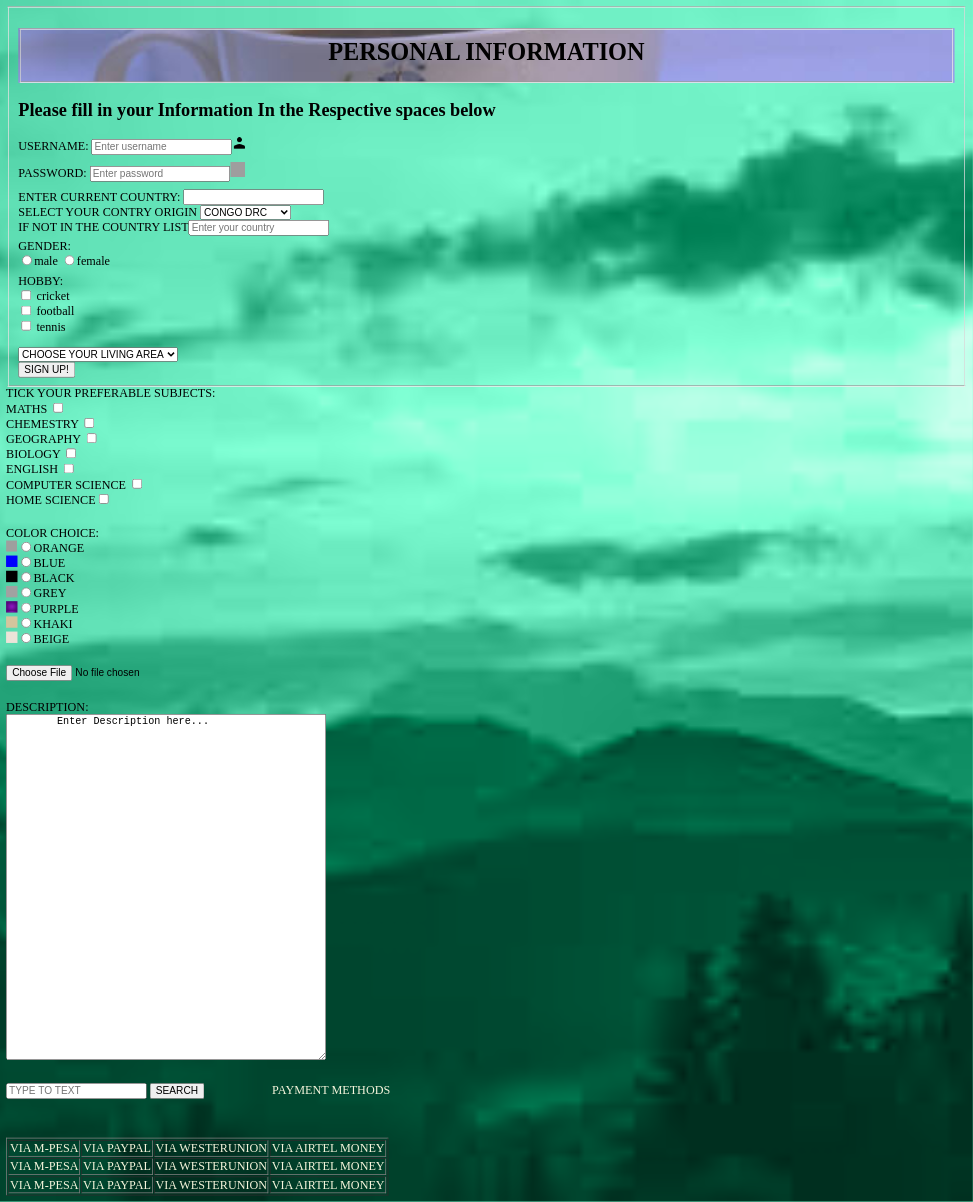
Repository: mirambialex/myform
Page: website/INDEX.HTML
The author's editor kept a copy of each file at every save. The page is drawn from the files as they stood at one save, then again after the next save.
The browser window is 1280 px wide. The pictures show the whole page, at 76% of full size.
Pictures or frames that could not be fetched are drawn as grey boxes.

Above is the page before, as saved 2024-04-18 10:54:25.

### website/INDEX.HTML
<!DOCTYPE html>
<html lang="en">
<head>

    <title>WEBPAGE DESIGN</title>
    <LINK REL="STYLESHEET" HREF="STYLE.CSS">
</head>
<body>
   <FOrm> <FIEldset>
            <DIV class="AI">
                <h1><FIEldset>PERSONAL INFORMATION </FIEldset></h1>
</DIV>
<DIV CLASS="BI"> <H2>
    Please fill in your Information In the Respective spaces below
</H2>
</DIV>
<div class="gb">
 <DIV class="MAIN">USERNAME: <INPUT TYPE="TEXT" placeholder="Enter username"><img width="20" height="20" src="user.jpg"<br/>

 </DIV>
 <DIV class="A"> PASSWORD: <INPUT TYPE="PASSWORD" placeholder="Enter password"><img width="20" height="20" src="https://img.icons8.com/ios-filled/50/lock.png" alt="lock"/> <br/></DIV>
    <DIV class="AB">
        ENTER CURRENT COUNTRY: <INPUT type="text"></INPUT>
    </DIV>
    <DIV CLASS="B">
        SELECT YOUR CONTRY ORIGIN <SELect>
            <OPTIon>CONGO DRC</OPTIon>
            <OPTIon>KENYA</OPTIon>
            <OPTIon>SUDAN</OPTIon>
            <OPTIon>SOUTH SUDAN</OPTIon>
            <OPTIon>RWANDA</OPTIon>
            <OPTIon>BURUNDI</OPTIon>
            <OPTIon>UGANDA</OPTIon>
            <OPTIon>TANZANIA</OPTIon>
            <OPTIon>SOMALIA</OPTIon>

        </SELect> <br/>
    </DIV>
    <div class="wcb">
    IF NOT IN THE COUNTRY LIST<INPUt type="TEXT" placeholder="Enter your country"</INPUt>
    </div>
<div class="d">
<LAbeL for="GENDER">GENDER: </LAbel><BR/>
<INPUT type="radio" ID="GENDER" name="GENDER" VALUE="male"/>male
<INPUT type="radio" ID="GENDER" name="GENDER" VALUE="female"/>female <br/>
</div>
<div class="e">
HOBBY:<br>
<input type="checkbox" id="cricket" name="cricket" value="cricket"/>
<label for="cricket">cricket</label> <br>
<input type="checkbox" id="football" name="football" value="football"/>
<label for="football">football</label> <br>
<input type="checkbox" id="tennis" name="tennis" value="tennis"/>
<label for="tennis">tennis</label> <br>
<br/> </div>
<div class="address">
    <select name="address">
        <option value="one">CHOOSE YOUR LIVING AREA</option>
        <option>kakuma town</option>
        <option>kakuma 1</option>
        <option>kakuma 2</option>
        <option>kakuma 3</option>
        <option>kakuma 4</option>
        <option>kalobeyeyi</option>
    </select>
</div>
<DIV class="C"><BUTTon>SIGN UP!</BUTTon></DIV>
</FIEldset>
</div>
</div>
</DIV>
</FORM>
<FORM>
    <DIV class="FORM"></A>TICK YOUR PREFERABLE SUBJECTS: <BR/>
    MATHS <input TYPE="checkbox" NAME="MATHS" VALUE="ON"><BR/>
    CHEMESTRY <INPUT type="checkbox" NAME="CHEMESTRY" VALUE="ON"><BR/>
        GEOGRAPHY <INPUT type="checkbox" NAME="GEOGRAPHY" value="ON"><BR/>
            BIOLOGY <INPUT type="checkbox" NAME="BIOLOGY" VALUE="ON"><BR/>
                ENGLISH <input type="checkbox" name="ENGLISH" value="ON"><BR/>
                COMPUTER SCIENCE <input TYPE="checkbox" name="COMPUTER SCIENCE" value="ON"><BR/>
                HOME SCIENCE<input type="checkbox" name="HOME SCIENCE" VALUE="ON"></BR></DIV>
                <DIV class="FORM2">
                    <LAbel FOR="COLOR CHOICE">COLOR CHOICE:</LAbel><BR/>
                    <IMG WIDTH="15" HEIGHT="15" SRC="ORAGE.JPG"><INPut type="RADIO" NAME="COLOR" VALUE="ORANGE">ORANGE</INPut><BR/>
                    <IMG WIDTH="15" HEIGHT="15" SRC="BLUE.JPG"><INPut type="RADIO" NAME="COLOR" VALUE="BLUE">BLUE</INPut><BR/>
                    <IMG WIDTH="15" HEIGHT="15" SRC="BLACK.JPG"><INPut type="RADIO" NAME="COLOR" VALUE="BLACK">BLACK</INPut><BR/>
                    <IMG WIDTH="15" HEIGHT="15" SRC="GREY.JPG"><INPut type="RADIO" NAME="COLOR" VALUE="GREY">GREY</INPut><BR/>
                    <IMG WIDTH="15" HEIGHT="15" SRC="PURPLE.JPG"><INPut type="RADIO" NAME="COLOR" VALUE="PURPLE">PURPLE</INPut><BR/>
                    <IMG WIDTH="15" HEIGHT="15" SRC="KHAKI.JPG"><INPut type="RADIO" NAME="COLOR" VALUE="KHAKI">KHAKI</INPut><BR/>
                    <IMG WIDTH="15" HEIGHT="15" SRC="BEIGE.JPG"><INPut type="RADIO" NAME="COLOR" VALUE="BEIGE">BEIGE</INPut><BR/>
                </DIV>
                <DIV class="FILE"><INPUT TYPE="FILE" NAME="FILEUPLOAD" accept="IMAGE/*" /></DIV>
                <DIV class="FORM1">
    DESCRIPTION: <br/>
    <textarea name="Description" cols="50" rows="30">
        Enter Description here...
    </textarea>
</DIV>
 <DIV class="SEARCH">
    <INPUT type="search" NAME="" placeholder="TYPE TO TEXT">
        <A href="#"><BUtton class="BTN">SEARCH</BUtton></A>
 </DIV>
<DIV class="TABLE1">
    <TABle border="1">PAYMENT METHODS<BR/>
    <TR><BR/>
    <TD>VIA M-PESA</TD>
    <TD>VIA PAYPAL</TD>
    <TD>VIA WESTERUNION</TD>
    <TD>VIA AIRTEL MONEY</TD>
</TR>
<TR><BR/>
    <TD>VIA M-PESA</TD>
    <TD>VIA PAYPAL</TD>
    <TD>VIA WESTERUNION</TD>
    <TD>VIA AIRTEL MONEY</TD>
</TR>
<TR><BR/>
    <TD>VIA M-PESA</TD>
    <TD>VIA PAYPAL</TD>
    <TD>VIA WESTERUNION</TD>
    <TD>VIA AIRTEL MONEY</TD>
</TR>
</TABle>
</DIV>

</FORM>
 </body>
</html>

### website/STYLE.CSS
BODY{
    background-image: url(IMAGE.JPG);
    background-color: aquamarine;
    background-position: center;
    background-size: cover;
    background-repeat: no-repeat;
    background-blend-mode: luminosity;
}
H1{
    text-align: center;
}
.O{
    background-color: aliceblue;
    background-image: url(ALEX.PNG.JPG);
}
.MAIN{
    margin-bottom: 0.8%;
    background-color:
}
.A{
    margin-bottom: 0.8%;
}
.c{
    margin-bottom: 1.5%;
    color: blueviolet;
    text-decoration: aqua;
}
.d{
    margin-top: 0.4%;

}
.e{
    margin-top: 0.6%;
}
.AI{
    background-image: url(ALEX.JPG);
    background-repeat: no-repeat;
    background-position: center;
    background-size: cover;
}
.gb{
    display: block;

}
: :-ms-input-placeholder{
    color:red;
}
.address{

}
.FORM1{
    margin-top: 2%;
    margin-bottom: 2%;
}
.TABLE1{
    color: beige;
    border-radius: 20;

}
.FORM2{
    margin-top: 2%;
}
.FILE{
    margin-top: 2%;
}
.SEARCH{
    width: 350PX;
    float: left;
    margin-left: ;
}

After the next save:
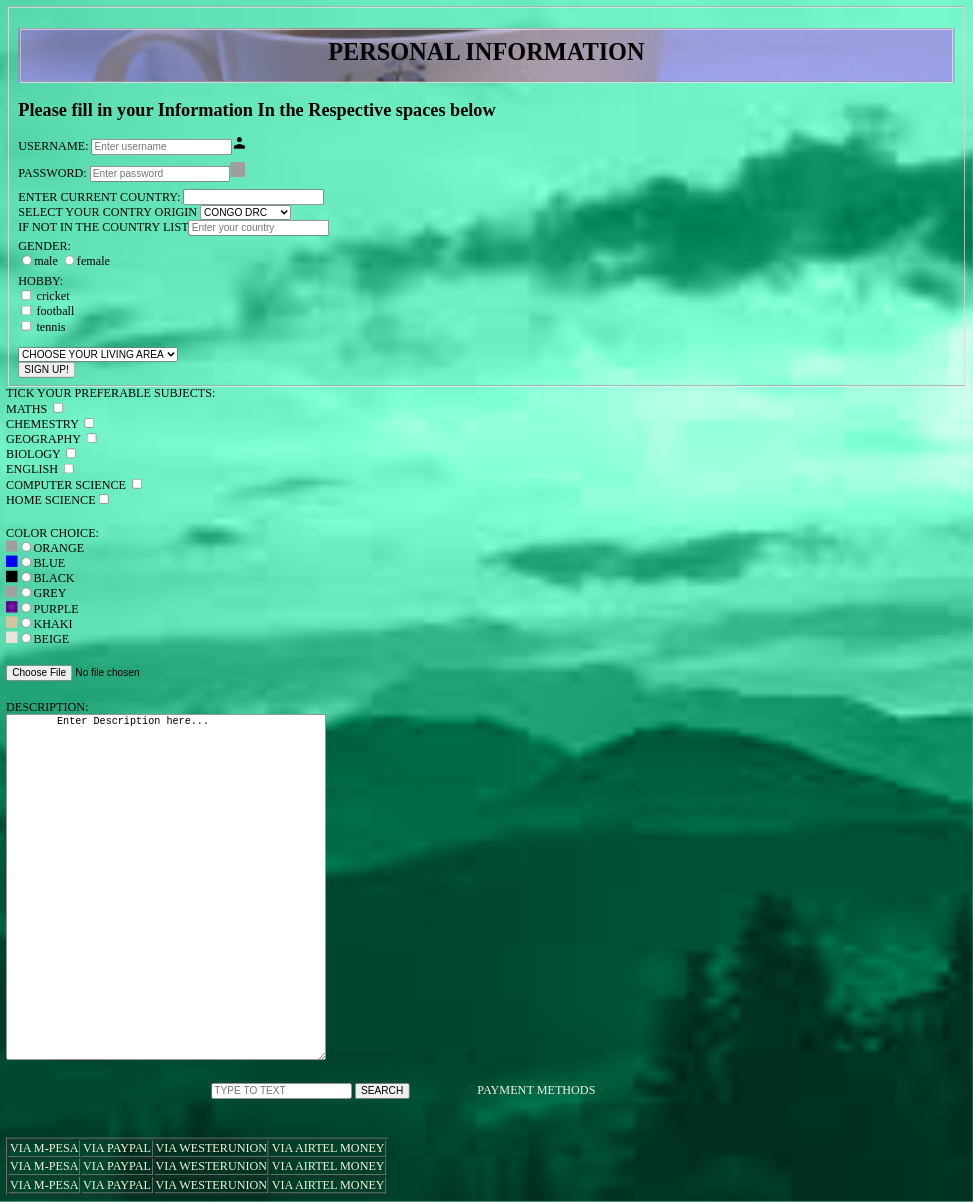
Saved 15 s later.
--- a/website/STYLE.CSS
+++ b/website/STYLE.CSS
@@ -66,5 +66,5 @@ H1{
 .SEARCH{
     width: 350PX;
     float: left;
-    margin-left: ;
+    margin-left: 270PX;
 }
